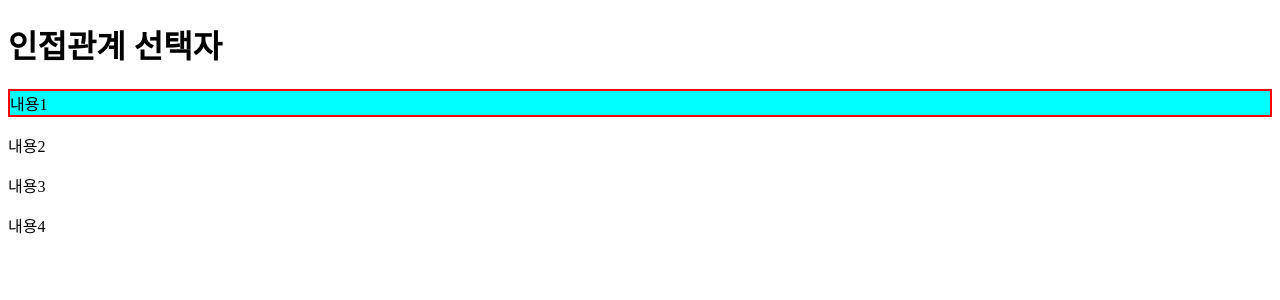
Repository: sanghui4542-ship-it/workspace_jquery
Page: jQuery/src/main/webapp/01문서객체선택자와조작법/jq_selec1_10.html
An editor plug-in stored every save of this project. The page is shown before and after the next save, followed by the edit.
The browser window is 1280 px wide. The pictures show the whole page.

Above is the page before, as saved 2026-07-06 03:34:03.

### jQuery/src/main/webapp/01문서객체선택자와조작법/jq_selec1_10.html
<!DOCTYPE html>
<html>
	<head>
		<meta charset="UTF-8">
		<title>Insert title here</title>
	<script src="https://code.jquery.com/jquery-latest.min.js"></script>
	</head>
<body>
	<div id="wrap">
			<h1>인접관계 선택자</h1>
			<p>내용1</p>
			<p class="txt">내용2</p>
			<p>내용3</p>
			<p>내용4</p>
		</div>
		<script type="text/javascript">
			/*
				객체 2개 생성
				이유 : 각 객체 내부에 css스타일의 속성명:값을 설정해 놓고 사용하기 위해
			*/
			let style_1 = {"background-color":"aqua", "border":"2px solid red"};
			let style_2 = {"background-color":"yellow", "border":"2px dotted red"};

			$(".txt").prev().css(style_1);






		</script>



</body>
</html>

After the next save:
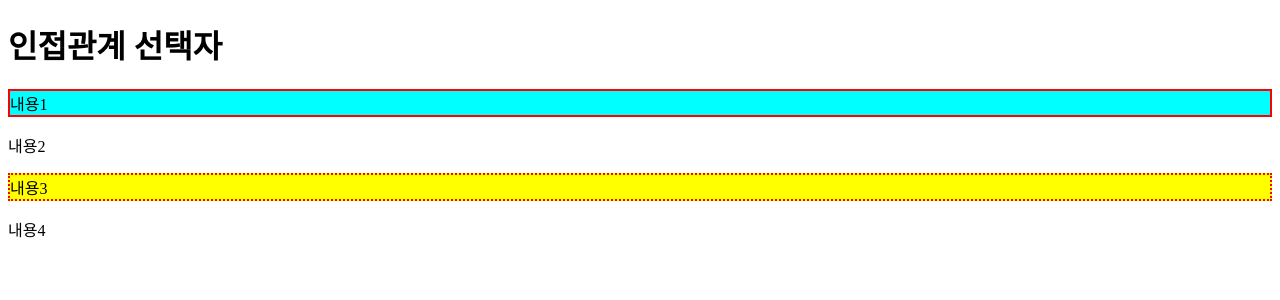
Saved 5 min 54 s later.
--- a/jQuery/src/main/webapp/01문서객체선택자와조작법/jq_selec1_10.html
+++ b/jQuery/src/main/webapp/01문서객체선택자와조작법/jq_selec1_10.html
@@ -20,10 +20,25 @@
 			*/
 			let style_1 = {"background-color":"aqua", "border":"2px solid red"};
 			let style_2 = {"background-color":"yellow", "border":"2px dotted red"};
+			/*
+				형(이전)요소 선택자
+					- 선택한 요소를 기준으로 바로 이전형제 요소만 선택하는 선택자 prev()
+					- 문법
+							$("기준요소선택").prev()
 
+				순서1. $(".txt") -> <p class="txt">내용2</p> 기준요소선택 해오고
+				순서2. $(".txt").prev -> 선택한 기준요소를 기준으로 바로 이전에 작성된 이전 <p>내용1</p> 요소 최종 선택
+			*/
 			$(".txt").prev().css(style_1);
-
-
+			/*
+			동생(다음)요소 선택자
+			- 선택한 요소를 기준으로 바로 다음 형제 요소만 선택하는 선택자 next() , +
+			- 문법
+					$("기준요소선택").next()
+								또는
+				    $("기준요소선택 + 바로 다음에 적힌 선택해올 형제요소선택")
+			*/
+			$(".txt").next().css(style_2);
 
 
 
